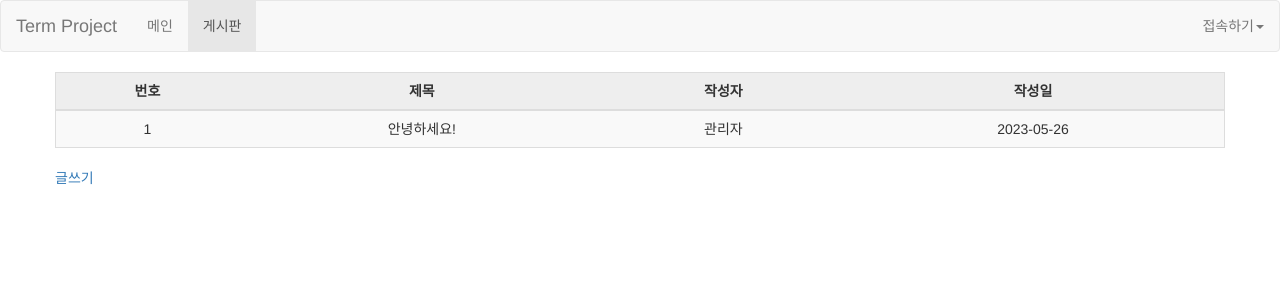
Repository: subsub97/web_bulletin-board
Page: http://localhost/BBS/bbs.jsp
The author's editor kept a copy of each file at every save. The page is drawn from the files as they stood at one save, then again after the next save.
The browser window is 1280 px wide. The pictures show the whole page.
Some web libraries are served in a nearby version. The page is served by Tomcat 9. Other server files are loaded and not shown.

Above is the page before, as saved 2023-05-26 01:29:28.

### Projects/BBS/src/main/webapp/bbs.jsp
<%@ page language="java" contentType="text/html; charset=UTF-8" pageEncoding="UTF-8"%>
<%@ page import= "java.io.PrintWriter"  %>
<!DOCTYPE html>
<html>
<head>
<meta charset="UTF-8">
<meta name="viewport" content="width=device-width, initial-scale=1">

<link rel="stylesheet" href="css/bootstrap.css">

<title>Term Project</title>
</head>
<body>
	<%
		String userID = null;
		if (session.getAttribute("userID") != null){
			userID = (String) session.getAttribute("userID"); //로그인중인데 세션이 없는경우 받아온다.

		}
	%>
	<nav class="navbar navbar-default">
		<div class="navbar-header">
			<button type="button" class="navbar-toggle collapsed"
				data-toggle="collapse" data-target="#bs-example-navbar-collapse-1"
				aria-expanded="false">
				<span class="icon-bar"></span>
				<span class="icon-bar"></span>
				<span class="icon-bar"></span>
			</button>
			<a class="navbar-brand" href="main.jsp">Term Project</a>
		</div>
		<div class="collapse navbar-collapse" id="bs-example-navbar-collapse-1">
			<ul class="nav navbar-nav">
				<li><a href="main.jsp">메인</a></li>
				<li class="active"><a href="main.jsp">게시판</a></li>
			</ul>
			<%
				if(userID == null){
			%>
		 	<!-- 로그인이 안되어있는경우  -->
			<ul class="nav navbar-nav navbar-right">
				<li class="dropdown">
					<a href="#" class="dropdown-toggle" data-toggle="dropdown" role="button" aria-haspopup="true"
						aria-expanded="false">접속하기<span class="caret"></span></a>
					<ul class="dropdown-menu">
						<li><a href="login.jsp">로그인</a></li>
						<li><a href="join.jsp">회원가입</a></li>
					</ul>
				</li>
			</ul>
			<%
				} else {
			%>
			<!-- 로그인이 되어있는경우 -->
			<ul class="nav navbar-nav navbar-right">
				<li class="dropdown">
					<a href="#" class="dropdown-toggle" data-toggle="dropdown" role="button" aria-haspopup="true"
						aria-expanded="false">회원관리<span class="caret"></span></a>
					<ul class="dropdown-menu">
						<li><a href="logoutAction.jsp">로그아웃</a></li>
					</ul>
				</li>
			</ul>
			<%
				}
			%>

		</div>
	</nav>
	<div class ="container">
		<div class = "row">
			<table class="table table-striped" style="text-align: center; border: 1px solid #dddddd">
				<thead>
					<tr>
						<th style="background-color: #eeeeee;text-align: center;">번호</th>
						<th style="background-color: #eeeeee;text-align: center;">제목</th>
						<th style="background-color: #eeeeee;text-align: center;">작성자</th>
						<th style="background-color: #eeeeee;text-align: center;">작성일</th>
					</tr>
				</thead>
				<tbody>
					<tr>
						<td>1</td>
						<td>안녕하세요!</td>
						<td>관리자</td>
						<td>2023-05-26</td>
					</tr>
				</tbody>
			</table>
			<a href ="write.jsp class = "btn btn-primary pull-right">글쓰기</a>
		</div>
	</div>

	<script src="https://code.jquery.com/jquery-3.1.1.min.js"></script>
	<script src="js/bootstrap.js"></script>

</body>
</html>

Loaded but not shown: Projects/BBS/src/main/webapp/css/bootstrap.css (library); Projects/BBS/src/main/webapp/js/bootstrap.js (library)

After the next save:
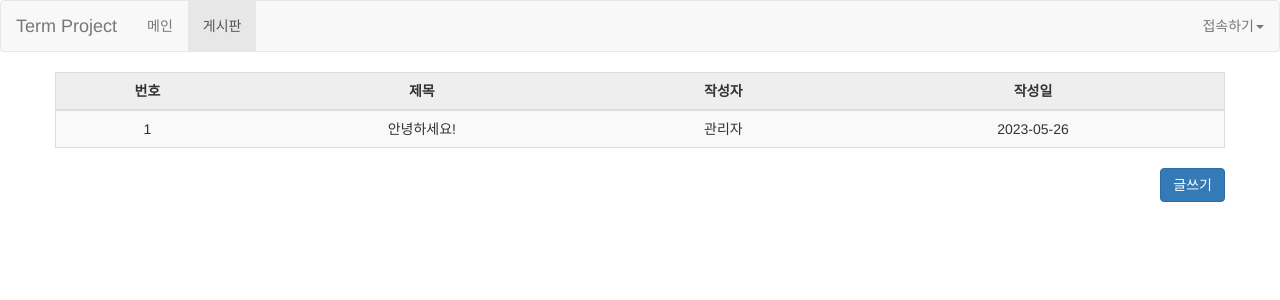
Saved 33 s later.
--- a/Projects/BBS/src/main/webapp/bbs.jsp
+++ b/Projects/BBS/src/main/webapp/bbs.jsp
@@ -87,7 +87,7 @@
 					</tr>
 				</tbody>
 			</table>
-			<a href ="write.jsp class = "btn btn-primary pull-right">글쓰기</a>
+			<a href ="write.jsp" class="btn btn-primary pull-right">글쓰기</a>
 		</div>
 	</div>
 
